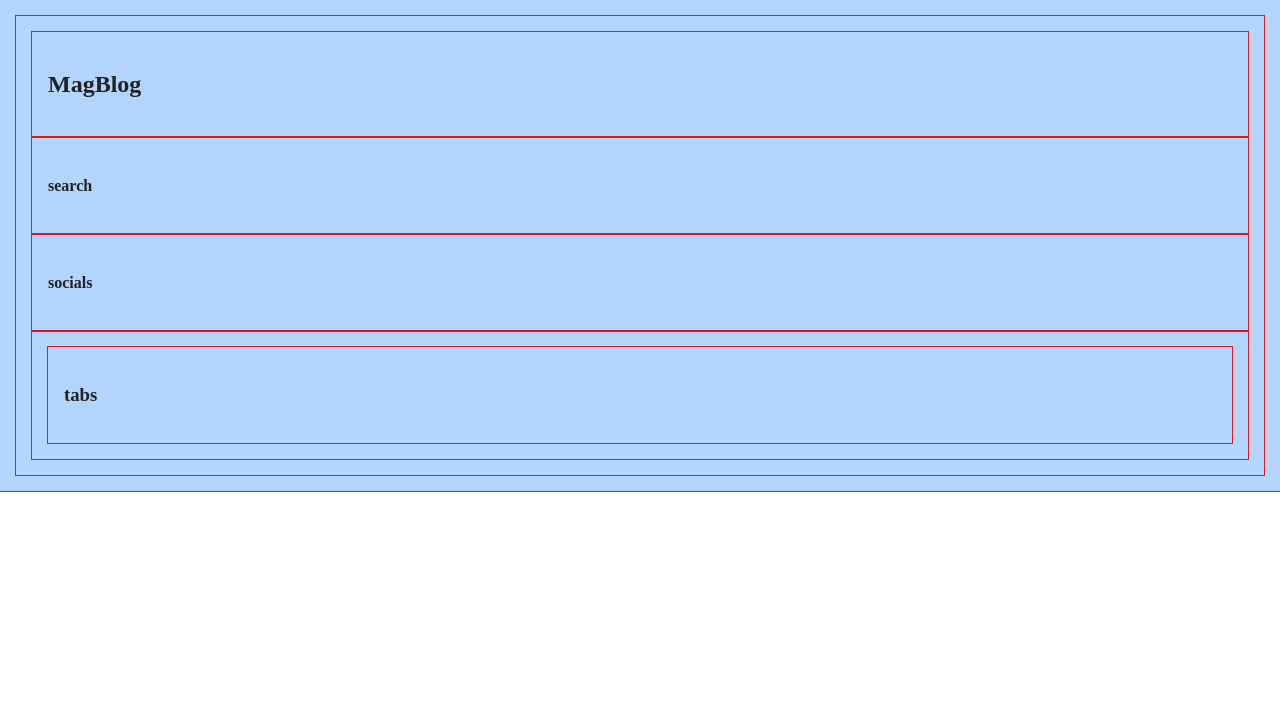
Repository: sierralaurent/MDIA2003-LAB03
Page: LAB03/index.html
An editor plug-in stored every save of this project. The page is shown before and after the next save, followed by the edit.
The browser window is 1280 px wide. The pictures show the whole page.

Above is the page before, as saved 2023-01-18 08:17:51.

### LAB03/index.html
<!doctype html>
<html class="no-js" lang="">

<head>
  <meta charset="utf-8">
  <title></title>
  <meta name="description" content="">
  <meta name="viewport" content="width=device-width, initial-scale=1">

  <meta property="og:title" content="">
  <meta property="og:type" content="">
  <meta property="og:url" content="">
  <meta property="og:image" content="">

  <link rel="manifest" href="site.webmanifest">
  <link rel="apple-touch-icon" href="icon.png">
  <!-- Place favicon.ico in the root directory -->

  <link rel="stylesheet" href="css/normalize.css">
  <link rel="stylesheet" href="css/main.css">

  <meta name="theme-color" content="#fafafa">
</head>
<style>

</style>
<body>

  <!-- Add your site or application content here -->
  <script src="js/vendor/modernizr-3.11.2.min.js"></script>
  <script src="js/plugins.js"></script>
  <script src="js/main.js"></script>
  <div class="parent">
    <div>
      <div><h2>MagBlog</h2></div>
      <div><h4>search</h4></div>
      <div><h4>socials</h4></div>
      <div>
        <div><h3>tabs</h3></div>
      </div>
    </div>
  </div>

  <!-- Google Analytics: change UA-XXXXX-Y to be your site's ID. -->
  <script>
    window.ga = function () { ga.q.push(arguments) }; ga.q = []; ga.l = +new Date;
    ga('create', 'UA-XXXXX-Y', 'auto'); ga('set', 'anonymizeIp', true); ga('set', 'transport', 'beacon'); ga('send', 'pageview')
  </script>
  <script src="https://www.google-analytics.com/analytics.js" async></script>
</body>

</html>

### LAB03/css/main.css
/*! HTML5 Boilerplate v8.0.0 | MIT License | https://html5boilerplate.com/ */

/* main.css 2.1.0 | MIT License | https://github.com/h5bp/main.css#readme */
/*
 * What follows is the result of much research on cross-browser styling.
 * Credit left inline and big thanks to Nicolas Gallagher, Jonathan Neal,
 * Kroc Camen, and the H5BP dev community and team.
 */

/* ==========================================================================
   Base styles: opinionated defaults
   ========================================================================== */

html {
  color: #222;
  font-size: 1em;
  line-height: 1.4;
}
div {
    outline: 1px solid rgb(223, 26, 26);
    padding: 1rem;
    min-height: 1rem;
    background-color: #b3d4fc;
}

/*
 * Remove text-shadow in selection highlight:
 * https://twitter.com/miketaylr/status/12228805301
 *
 * Vendor-prefixed and regular ::selection selectors cannot be combined:
 * https://stackoverflow.com/a/16982510/7133471
 *
 * Customize the background color to match your design.
 */

::-moz-selection {
  background: #b3d4fc;
  text-shadow: none;
}

::selection {
  background: #b3d4fc;
  text-shadow: none;
}


/*
 * A better looking default horizontal rule
 */

hr {
  display: block;
  height: 1px;
  border: 0;
  border-top: 1px solid #ccc;
  margin: 1em 0;
  padding: 0;
}

/*
 * Remove the gap between audio, canvas, iframes,
 * images, videos and the bottom of their containers:
 * https://github.com/h5bp/html5-boilerplate/issues/440
 */

audio,
canvas,
iframe,
img,
svg,
video {
  vertical-align: middle;
}

/*
 * Remove default fieldset styles.
 */

fieldset {
  border: 0;
  margin: 0;
  padding: 0;
}

/*
 * Allow only vertical resizing of textareas.
 */

textarea {
  resize: vertical;
}

/* ==========================================================================
   Author's custom styles
   ========================================================================== */

/* ==========================================================================
   Helper classes
   ========================================================================== */

/*
 * Hide visually and from screen readers
 */

.hidden,
[hidden] {
  display: none !important;
}

/*
 * Hide only visually, but have it available for screen readers:
 * https://snook.ca/archives/html_and_css/hiding-content-for-accessibility
 *
 * 1. For long content, line feeds are not interpreted as spaces and small width
 *    causes content to wrap 1 word per line:
 *    https://medium.com/@jessebeach/beware-smushed-off-screen-accessible-text-5952a4c2cbfe
 */

.sr-only {
  border: 0;
  clip: rect(0, 0, 0, 0);
  height: 1px;
  margin: -1px;
  overflow: hidden;
  padding: 0;
  position: absolute;
  white-space: nowrap;
  width: 1px;
  /* 1 */
}

/*
 * Extends the .sr-only class to allow the element
 * to be focusable when navigated to via the keyboard:
 * https://www.drupal.org/node/897638
 */

.sr-only.focusable:active,
.sr-only.focusable:focus {
  clip: auto;
  height: auto;
  margin: 0;
  overflow: visible;
  position: static;
  white-space: inherit;
  width: auto;
}

/*
 * Hide visually and from screen readers, but maintain layout
 */

.invisible {
  visibility: hidden;
}

/*
 * Clearfix: contain floats
 *
 * For modern browsers
 * 1. The space content is one way to avoid an Opera bug when the
 *    `contenteditable` attribute is included anywhere else in the document.
 *    Otherwise it causes space to appear at the top and bottom of elements
 *    that receive the `clearfix` class.
 * 2. The use of `table` rather than `block` is only necessary if using
 *    `:before` to contain the top-margins of child elements.
 */

.clearfix::before,
.clearfix::after {
  content: " ";
  display: table;
}

.clearfix::after {
  clear: both;
}

/* ==========================================================================
   EXAMPLE Media Queries for Responsive Design.
   These examples override the primary ('mobile first') styles.
   Modify as content requires.
   ========================================================================== */

@media only screen and (min-width: 35em) {
  /* Style adjustments for viewports that meet the condition */
}

@media print,
  (-webkit-min-device-pixel-ratio: 1.25),
  (min-resolution: 1.25dppx),
  (min-resolution: 120dpi) {
  /* Style adjustments for high resolution devices */
}

/* ==========================================================================
   Print styles.
   Inlined to avoid the additional HTTP request:
   https://www.phpied.com/delay-loading-your-print-css/
   ========================================================================== */

@media print {
  *,
  *::before,
  *::after {
    background: #fff !important;
    color: #000 !important;
    /* Black prints faster */
    box-shadow: none !important;
    text-shadow: none !important;
  }

  a,
  a:visited {
    text-decoration: underline;
  }

  a[href]::after {
    content: " (" attr(href) ")";
  }

  abbr[title]::after {
    content: " (" attr(title) ")";
  }

  /*
   * Don't show links that are fragment identifiers,
   * or use the `javascript:` pseudo protocol
   */
  a[href^="#"]::after,
  a[href^="javascript:"]::after {
    content: "";
  }

  pre {
    white-space: pre-wrap !important;
  }

  pre,
  blockquote {
    border: 1px solid #999;
    page-break-inside: avoid;
  }

  /*
   * Printing Tables:
   * https://web.archive.org/web/20180815150934/http://css-discuss.incutio.com/wiki/Printing_Tables
   */
  thead {
    display: table-header-group;
  }

  tr,
  img {
    page-break-inside: avoid;
  }

  p,
  h2,
  h3 {
    orphans: 3;
    widows: 3;
  }

  h2,
  h3 {
    page-break-after: avoid;
  }
}

### LAB03/js/plugins.js
// Avoid `console` errors in browsers that lack a console.
(function() {
  var method;
  var noop = function () {};
  var methods = [
    'assert', 'clear', 'count', 'debug', 'dir', 'dirxml', 'error',
    'exception', 'group', 'groupCollapsed', 'groupEnd', 'info', 'log',
    'markTimeline', 'profile', 'profileEnd', 'table', 'time', 'timeEnd',
    'timeline', 'timelineEnd', 'timeStamp', 'trace', 'warn'
  ];
  var length = methods.length;
  var console = (window.console = window.console || {});

  while (length--) {
    method = methods[length];

    // Only stub undefined methods.
    if (!console[method]) {
      console[method] = noop;
    }
  }
}());

// Place any jQuery/helper plugins in here.

Loaded but not shown: LAB03/css/normalize.css (library); LAB03/js/vendor/modernizr-3.11.2.min.js (library); LAB03/js/main.js (no stored copy; drawn as an empty file)

After the next save:
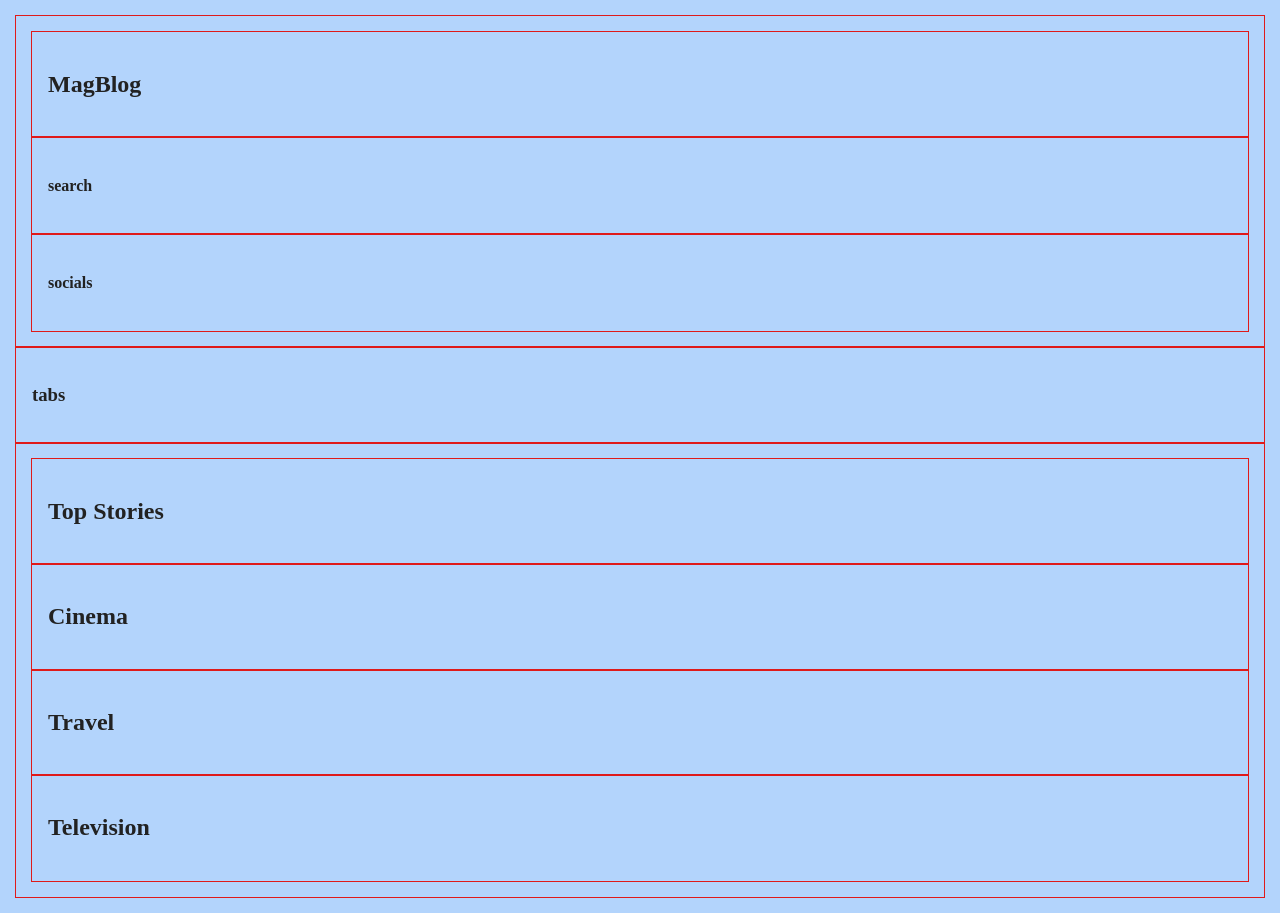
Saved 3 min 18 s later.
--- a/LAB03/index.html
+++ b/LAB03/index.html
@@ -35,10 +35,15 @@
       <div><h2>MagBlog</h2></div>
       <div><h4>search</h4></div>
       <div><h4>socials</h4></div>
+    </div>
+      <div><h3>tabs</h3></div>
       <div>
-        <div><h3>tabs</h3></div>
+        <div><h2>Top Stories</h2></div>
+        <div><h2>Cinema</h2></div>
+        <div><h2>Travel</h2></div>
+        <div><h2>Television</h2></div>
       </div>
-    </div>
+
   </div>
 
   <!-- Google Analytics: change UA-XXXXX-Y to be your site's ID. -->
